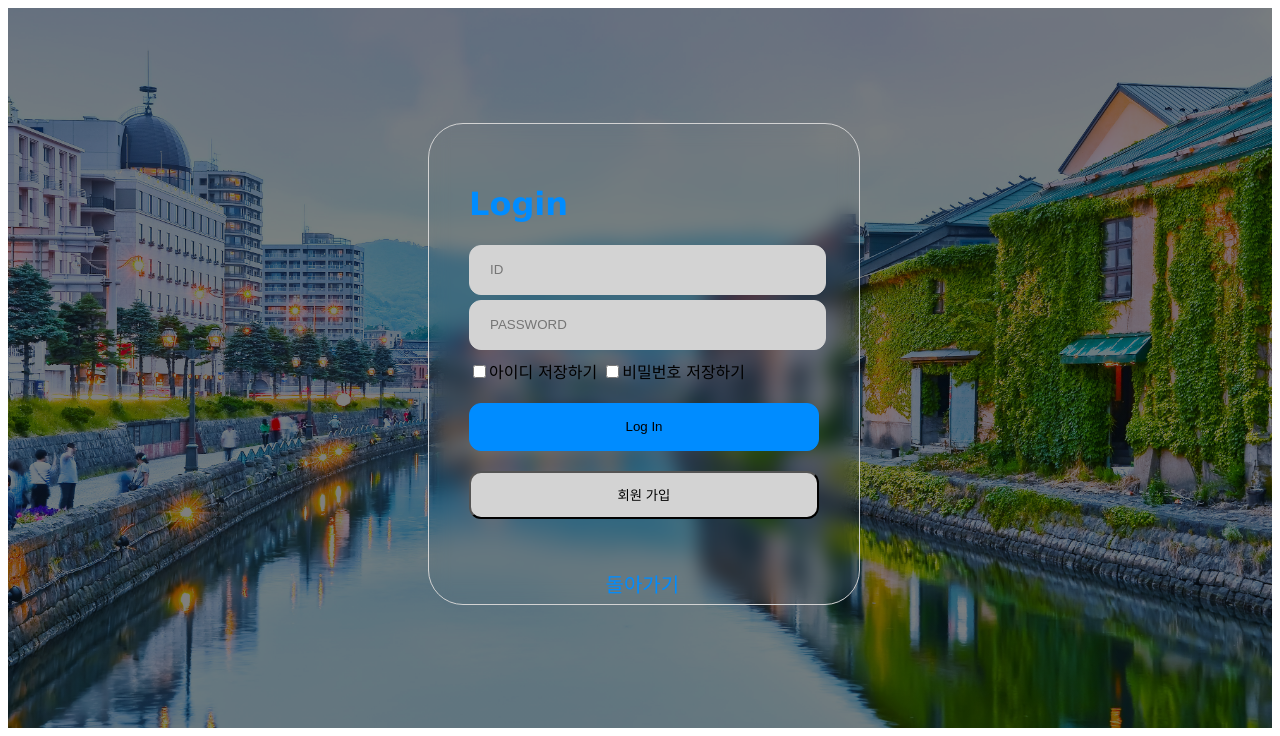
Repository: ExiNni/Travel-Project
Page: http://localhost/project_login/login.jsp
The author's editor kept a copy of each file at every save. The page is drawn from the files as they stood at one save, then again after the next save.
The browser window is 1280 px wide. The pictures show the whole page.
The page is served by Tomcat 9.

Above is the page before, as saved 2023-11-09 06:46:16.

After the next save:
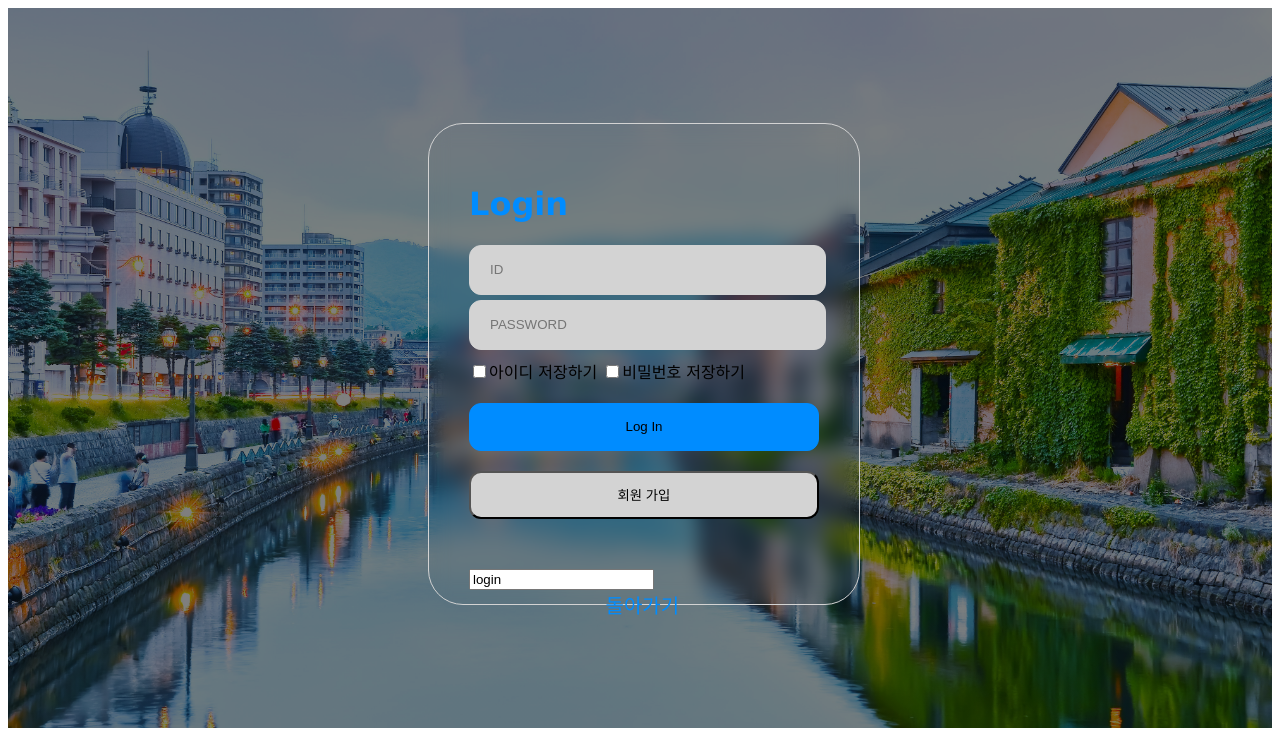
Saved 15 min 26 s later.
--- a/project_login/src/main/webapp/login.jsp
+++ b/project_login/src/main/webapp/login.jsp
@@ -26,6 +26,7 @@
 					저장하기 <input type="checkbox" id="passCheck">비밀번호 저장하기 <input
 						type="submit" id="btn" value="Log In"> <input
 						type="button" onclick="location.href='#'" id="btn2" value="회원 가입">
+						<input id="" name="" value="login">
 				</div>
 				<a href="mainpage.jsp" class="back">돌아가기</a>
 

After the 4 saves that followed:
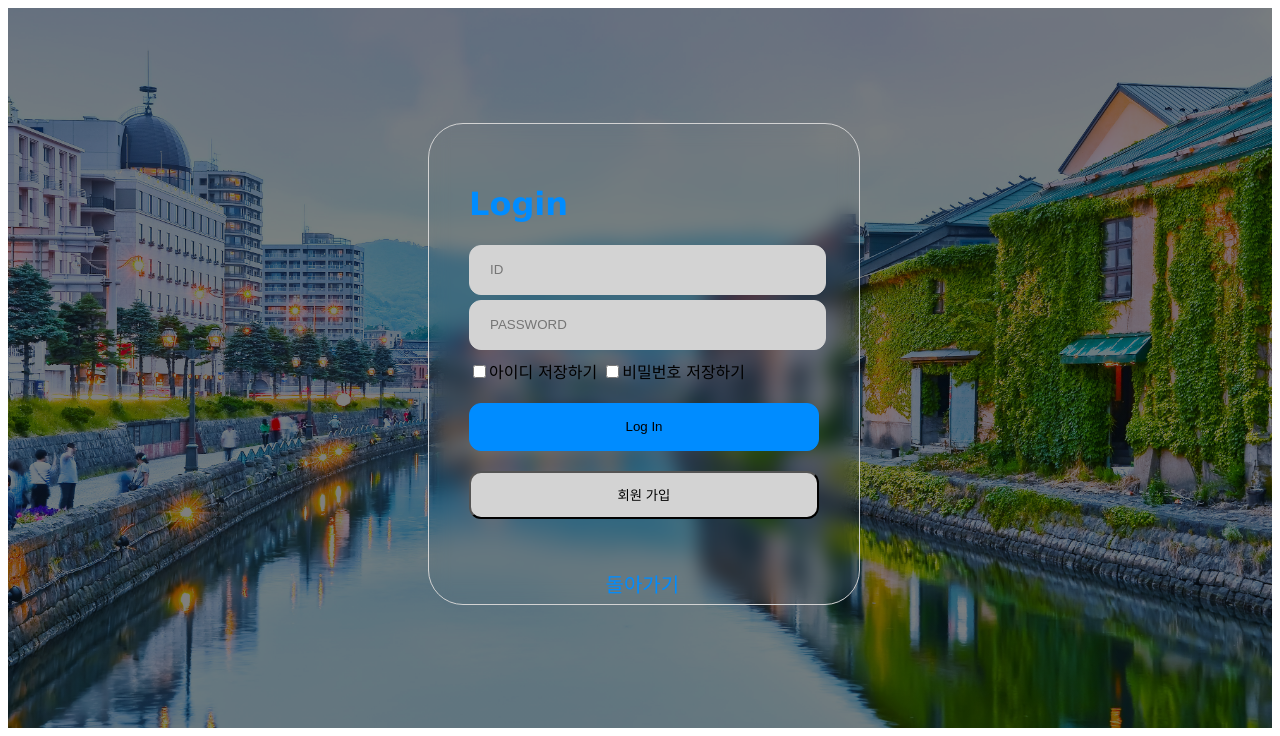
The 4 saves are shown as one change because 2 left the picture as it was and some came seconds apart.
The last was saved 20 s later.
--- a/project_login/src/main/webapp/login.jsp
+++ b/project_login/src/main/webapp/login.jsp
@@ -26,7 +26,7 @@
 					저장하기 <input type="checkbox" id="passCheck">비밀번호 저장하기 <input
 						type="submit" id="btn" value="Log In"> <input
 						type="button" onclick="location.href='#'" id="btn2" value="회원 가입">
-						<input id="" name="" value="login">
+						<input id="request" name="request" value="login" type="hidden">
 				</div>
 				<a href="mainpage.jsp" class="back">돌아가기</a>
 
